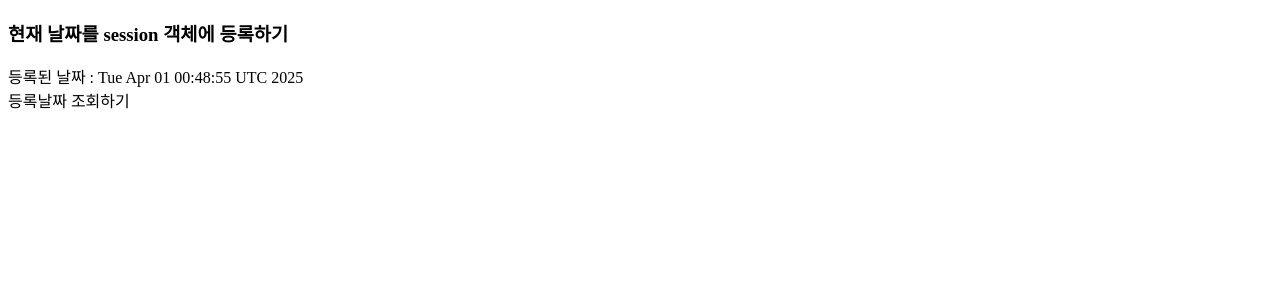
Repository: WONDongin/GoodeeAcademy_JAVA
Page: http://localhost/jspStudy/ex07_session/ex02_exam.jsp
An editor plug-in stored every save of this project. The page is shown before and after the next save, followed by the edit.
The browser window is 1280 px wide. The pictures show the whole page.
The page is served by Tomcat 9.

Above is the page before, as saved 2025-04-02 06:40:21.

After the next save:
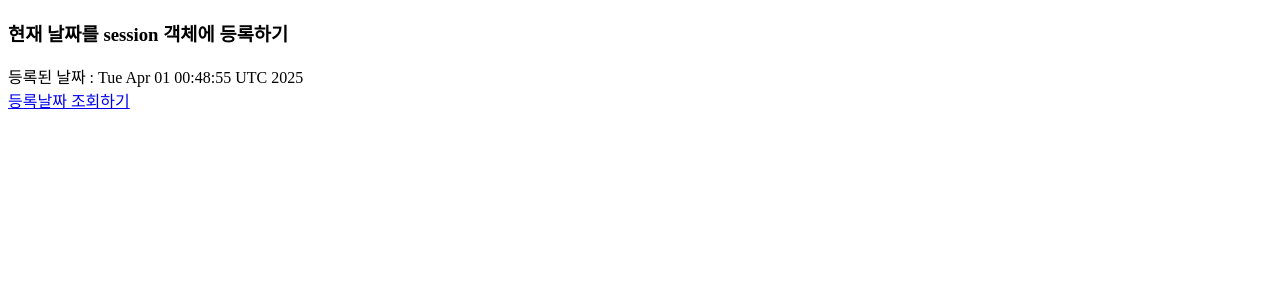
Saved 29 s later.
--- a/jsp_study/jspStudy/src/main/webapp/ex07_session/ex02_exam.jsp
+++ b/jsp_study/jspStudy/src/main/webapp/ex07_session/ex02_exam.jsp
@@ -16,6 +16,6 @@
 		%>
 		<h3>현재 날짜를 session 객체에 등록하기</h3>
 		등록된 날짜 : <%= date %><br/>
-		<a herf="ex02_exam2.jsp">등록날짜 조회하기</a>
+		<a href="ex02_exam2.jsp">등록날짜 조회하기</a>
 	</body>
 </html>
